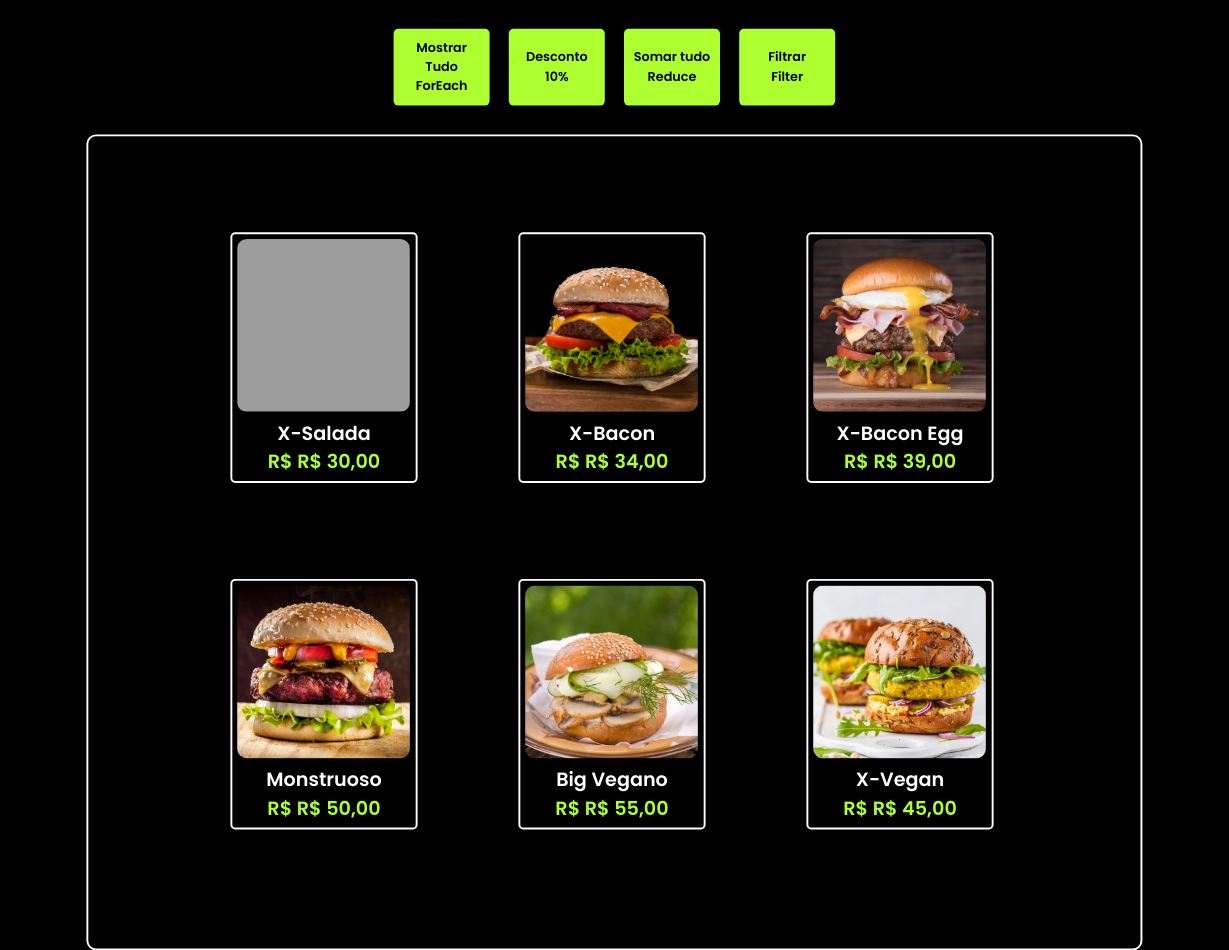
Repository: templaterj1991-Luiz/Main
Page: DevClub/Javascript/DevBurguer/index.html
These files come from the project's save history. The page is drawn as it stood at one moment and after a run of saves; the edit follows.
The browser window is 1280 px wide. The pictures show the whole page, at 96% of full size.
After loading, the first visible `#botao1` was clicked once.
Pictures or frames that could not be fetched are drawn as grey boxes.

Above is the page before, as saved 2026-05-25 17:56:03.

After the next 2 saves:
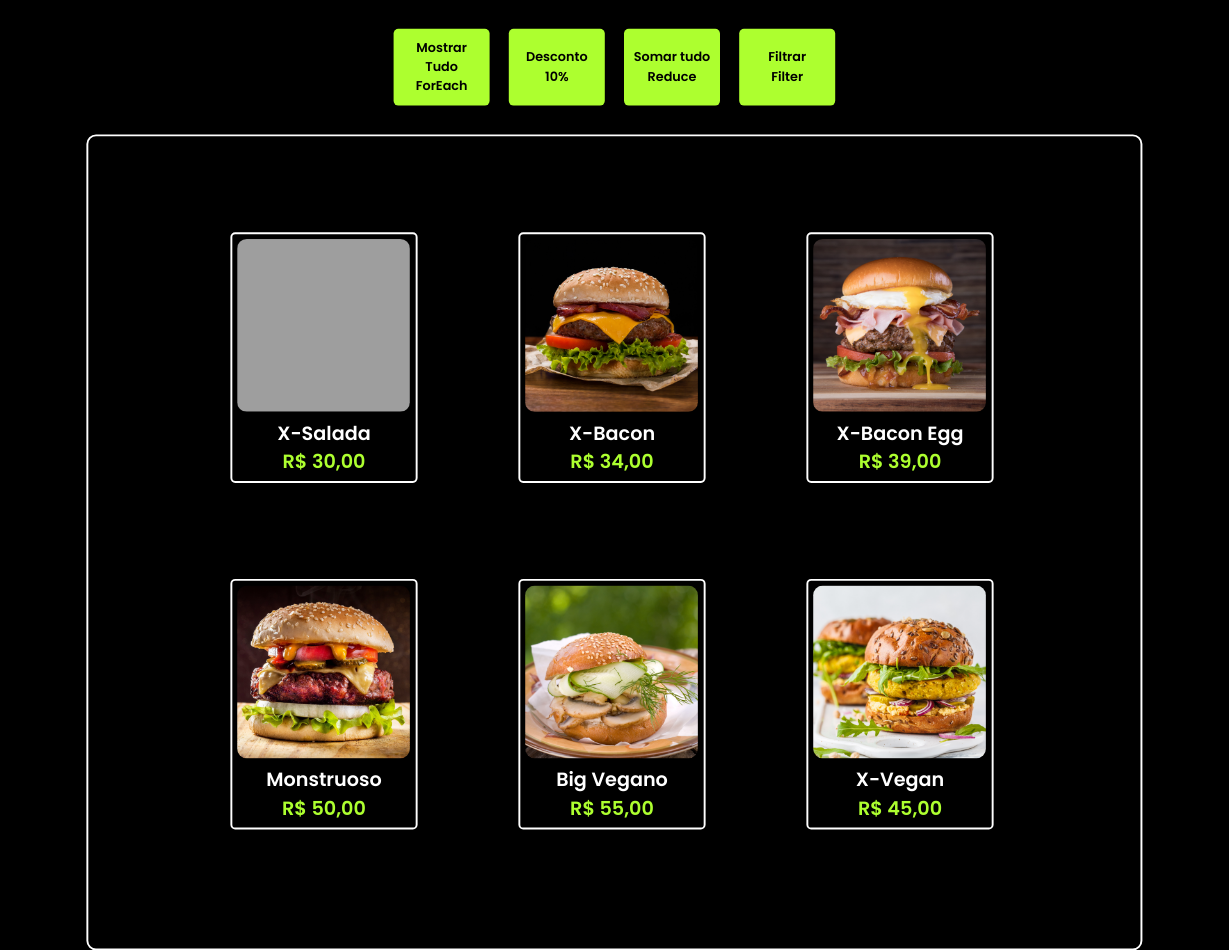
The 2 saves are shown as one change because they came seconds apart.
The last was saved 19 s later.
--- a/DevClub/Javascript/DevBurguer/javascript.js
+++ b/DevClub/Javascript/DevBurguer/javascript.js
@@ -21,7 +21,7 @@ function Showscreen(arrayProduct) {
      <li>
          <img src=${product.src}>
          <p>${product.name}</p>
-         <p class="price"> R$ ${formatCurrency(product.price)}</p>
+         <p class="price"> ${formatCurrency(product.price)}</p>
      </li>
   `
 
